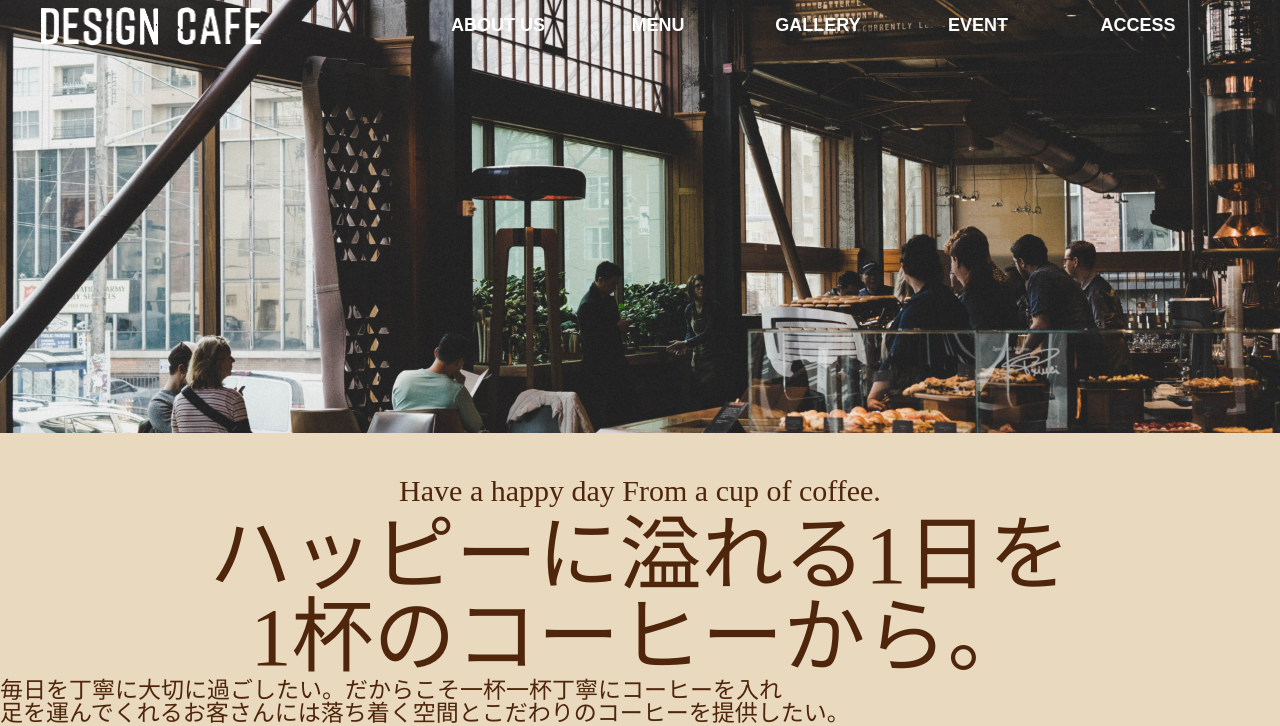
Repository: sonoyama01/dezasuta
Page: 第4回課題/index.html
An editor plug-in stored every save of this project. The page is shown before and after the next save, followed by the edit.
The browser window is 1280 px wide. The pictures show the whole page.

Above is the page before, as saved 2024-05-02 01:52:11.

After the next save:
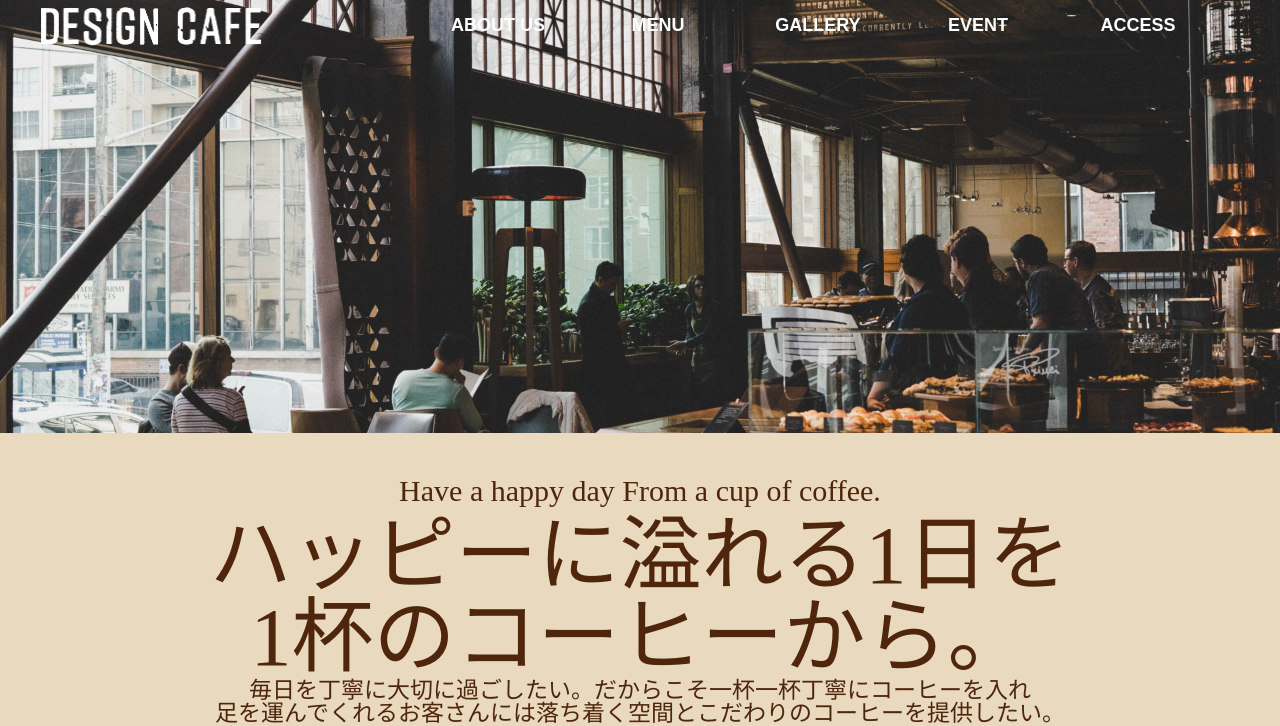
Saved 50 s later.
--- a/第4回課題/css/style.css
+++ b/第4回課題/css/style.css
@@ -86,10 +86,12 @@ body {
   box-sizing: border-box;
 }
 
+.catch_copy {
+  text-align: center;
+}
 .en {
   font-size: 30px;
 }
 .catch_copy_ja {
   font-size: 82px;
-  text-align: center;
 }
